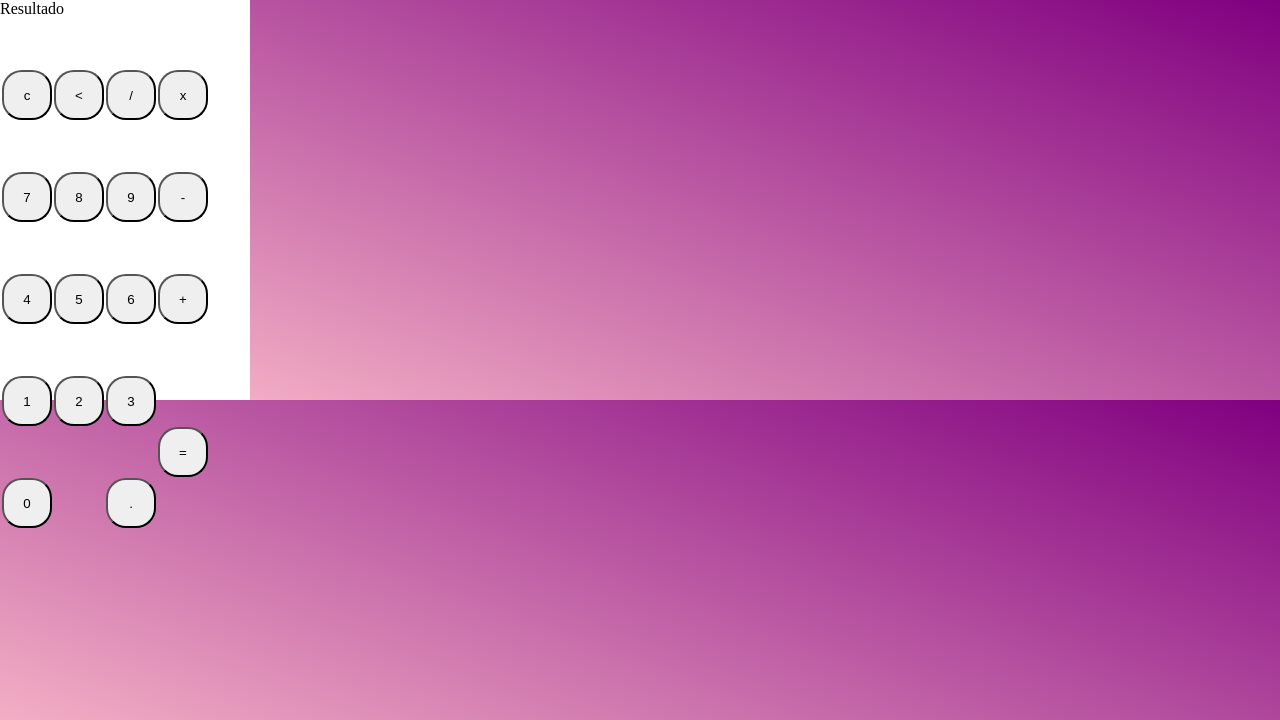
Repository: mariele-huff/calculadora
Page: index.html
An editor plug-in stored every save of this project. The page is shown before and after the next save, followed by the edit.
The browser window is 1280 px wide. The pictures show the whole page.

Above is the page before, as saved 2022-08-12 08:29:09.

After the next save:
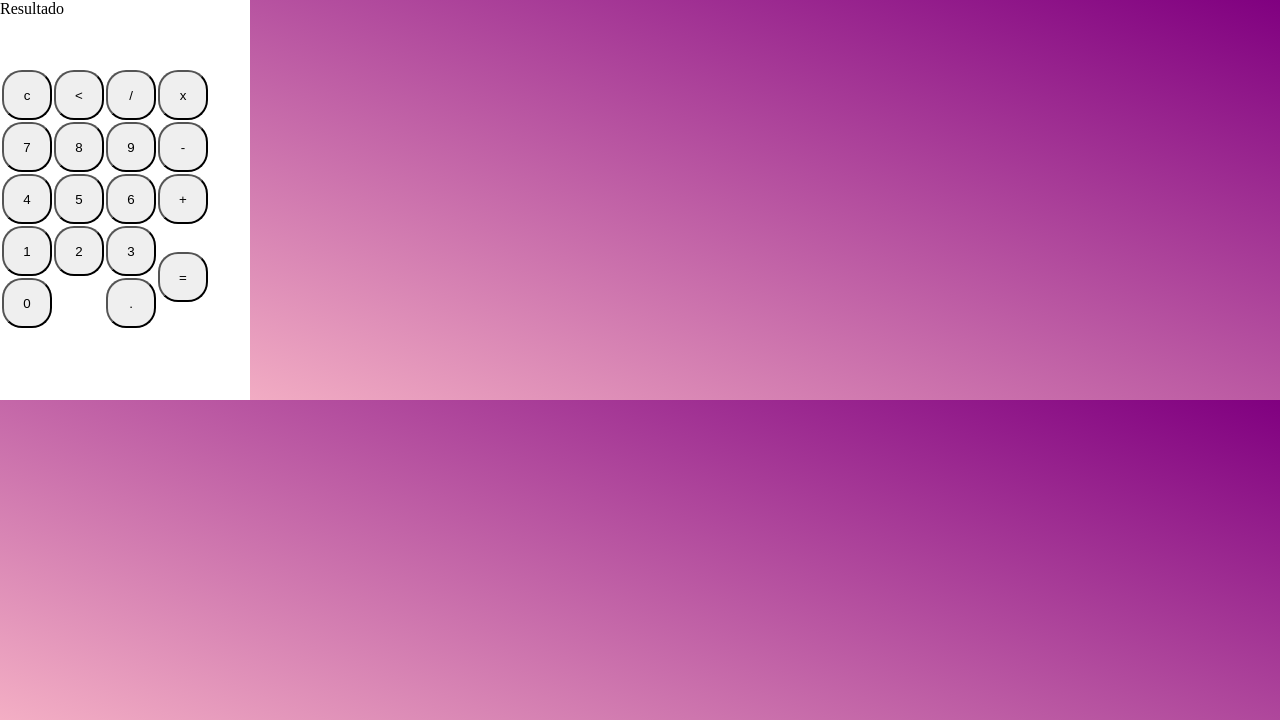
Saved 35 s later.
--- a/style.css
+++ b/style.css
@@ -16,8 +16,12 @@
 }
 
 button{
-    margin-top: 50px;
+
     height: 50px;
     width: 50px;
     border-radius: 20px;
 }
+
+#resultado {
+     margin-bottom: 50px;
+}
